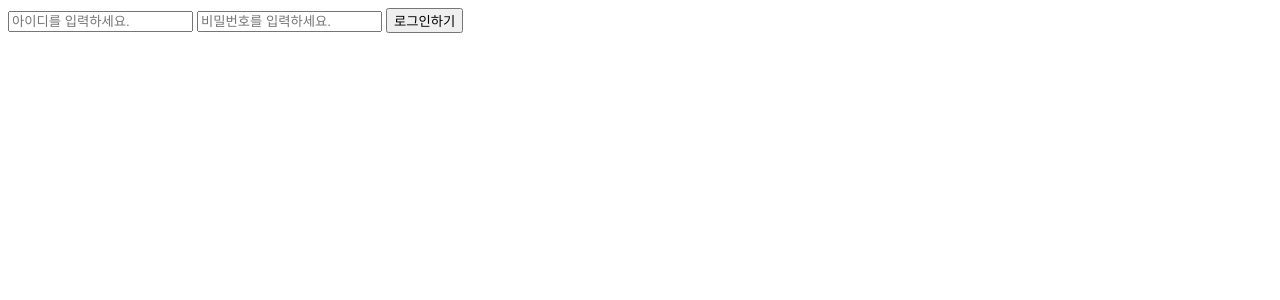
Repository: Andante8989/jsp_practice
Page: http://localhost/JSPBasic/jspobject/session/session_login_form.jsp
These files come from the project's save history. The page is drawn as it stood at one moment and after the next save; the edit follows.
The browser window is 1280 px wide. The pictures show the whole page.
The page is served by Tomcat 9.

Above is the page before, as saved 2022-03-29 12:18:13.

After the next save:
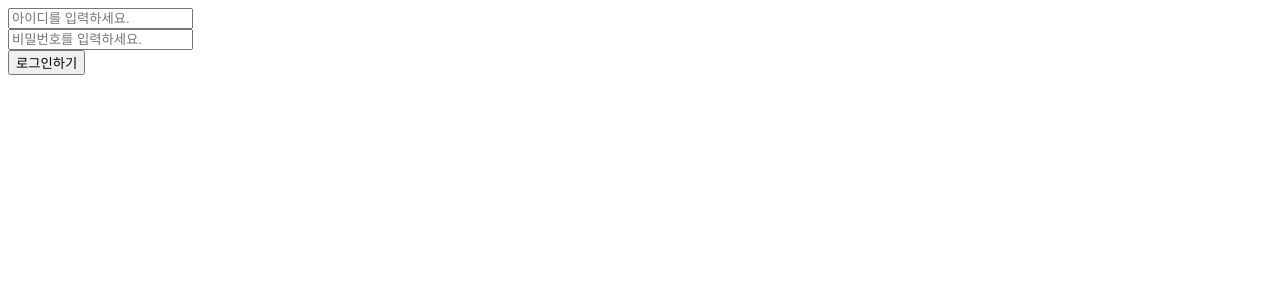
Saved 13 s later.
--- a/JSPBasic/src/main/webapp/jspobject/session/session_login_form.jsp
+++ b/JSPBasic/src/main/webapp/jspobject/session/session_login_form.jsp
@@ -8,8 +8,8 @@
 </head>
 <body>
 <form action="http://localhost:8181/JSPBasic/jspobject/session/session_login_check.jsp">
-	<input type="text" name="id" placeholder="아이디를 입력하세요.">
-	<input type="password" name="pw" placeholder="비밀번호를 입력하세요.">
+	<input type="text" name="id" placeholder="아이디를 입력하세요."><br/>
+	<input type="password" name="pw" placeholder="비밀번호를 입력하세요."><br/>
 	<input type="submit" value="로그인하기">
 </form>
 </body>
